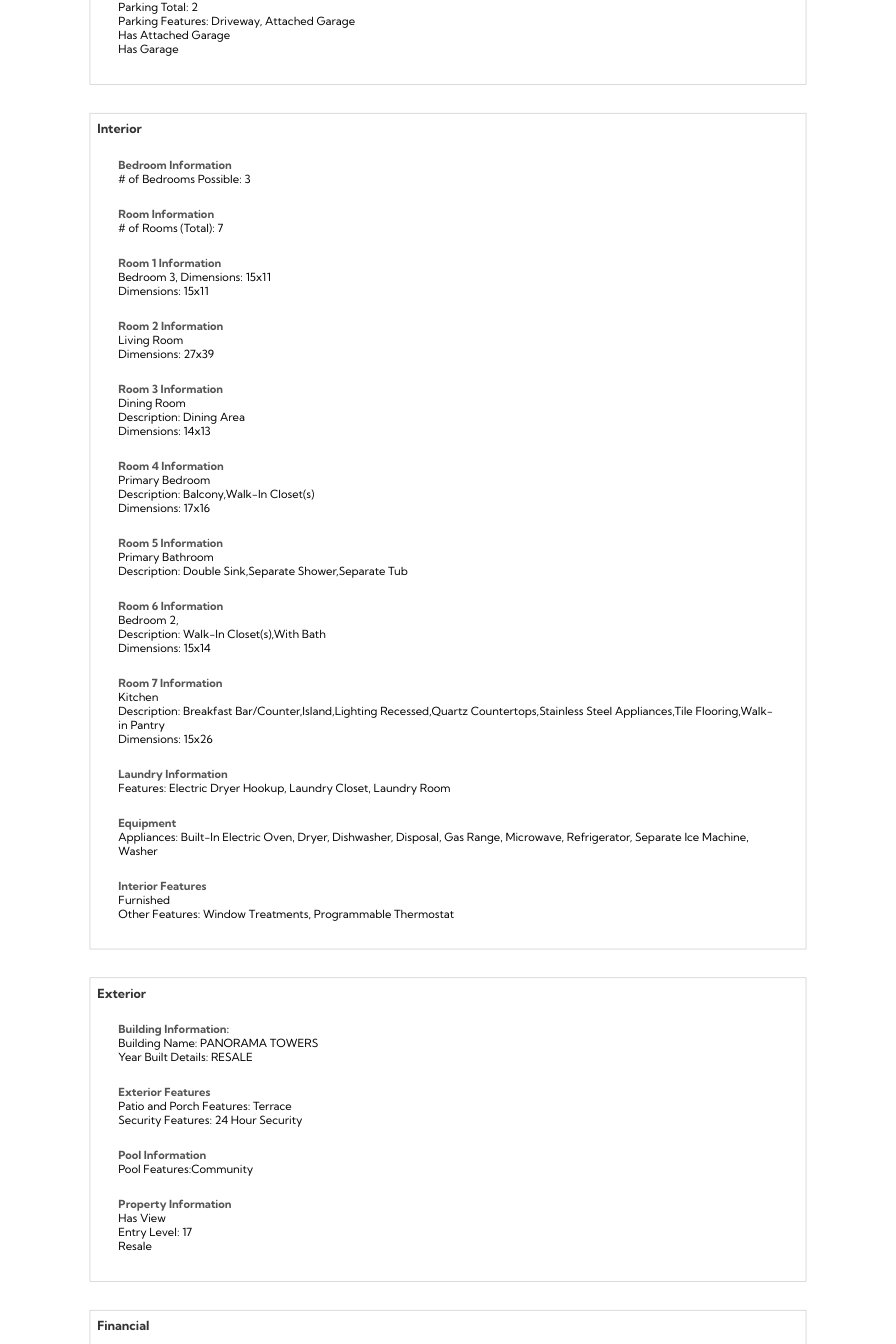
Repository: MrAllin1/ProgWWW_23_Gr1
Page: pages/House1.html
These files come from the project's save history. The page is drawn as it stood at one moment and after the next save; the edit follows.
The browser window is 1280 px wide. The pictures show the part of the page from y = 1345 to 3265 px (the page is 5207 px tall before and 5227 px after), at 70% of full size.
A picture or video elsewhere on the page could not be fetched, so the positions and the page height are approximate. Some web libraries are served in a nearby version.

Above is the page before, as saved 2024-01-11 07:38:18.

After the next save:
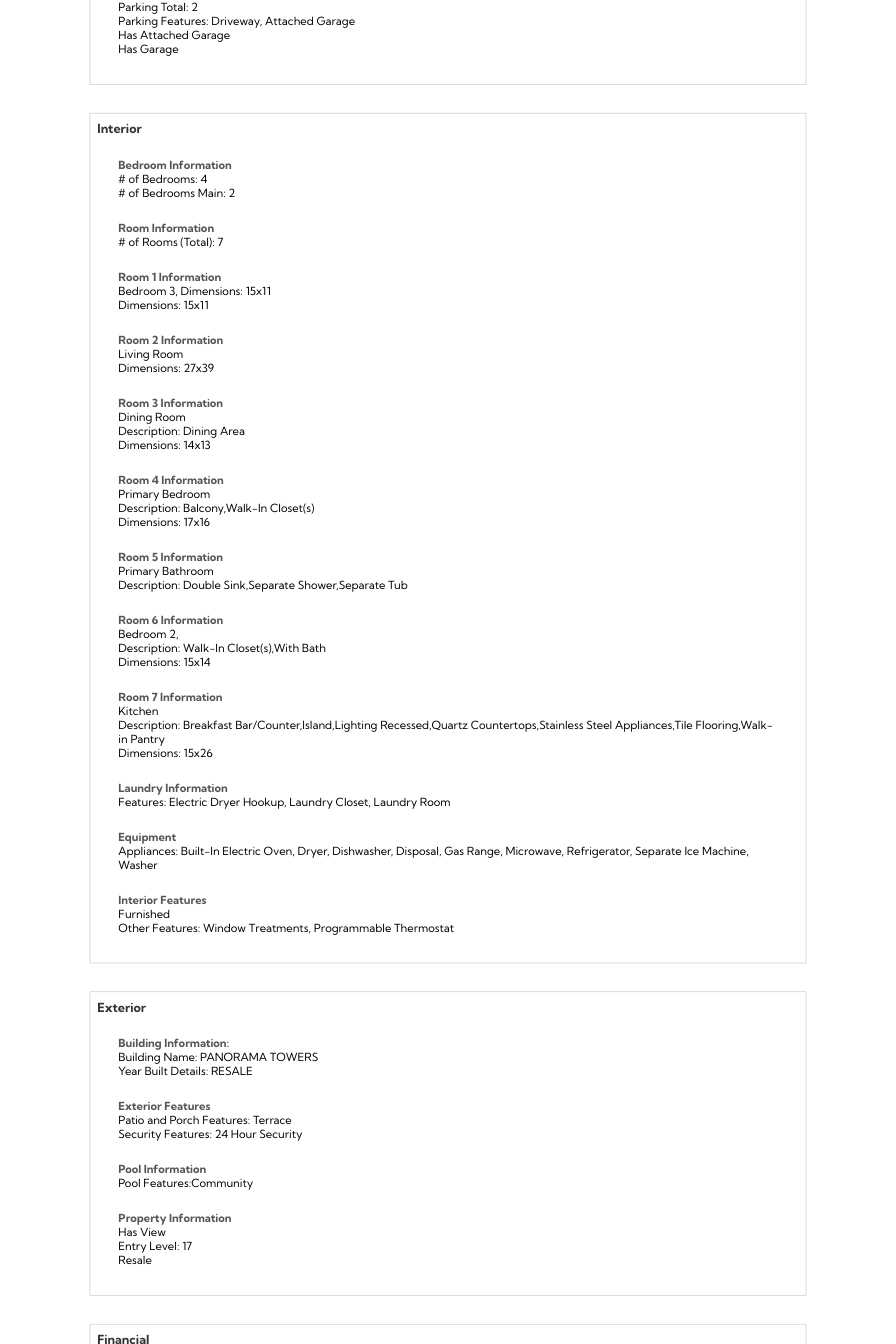
Saved 43 s later.
--- a/pages/House1.html
+++ b/pages/House1.html
@@ -123,7 +123,7 @@
                 <div class="section">
                     <h2>Interior</h2>
                     <ul>
-                        <li><strong>Bedroom Information</strong> </br># of Bedrooms Possible: 3 </br></li>
+                        <li><strong>Bedroom Information</strong> </br># of Bedrooms: 4 </br># of Bedrooms Main: 2</li>
                         <li><strong>Room Information</strong> </br># of Rooms (Total): 7</li>
                         <li><strong>Room 1 Information</strong> </br>Bedroom 3, Dimensions: 15x11</br>Dimensions: 15x11</li>
                         <li><strong>Room 2 Information</strong> </br>Living Room</br>Dimensions: 27x39</li>
